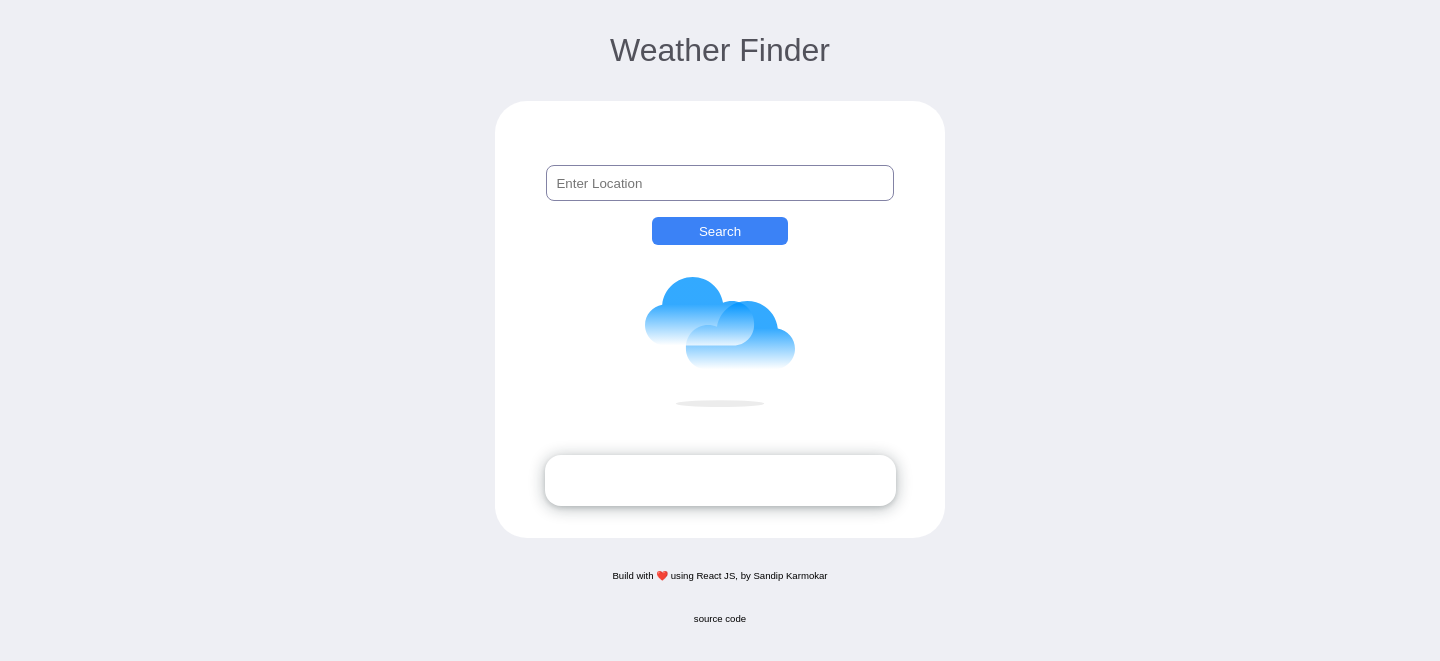
Repository: sandipkarmokar/weather-app
Page: /
An editor plug-in stored every save of this project. The page is shown before and after the next save, followed by the edit.
The browser window is 1440 px wide. The pictures show the whole page.
The project was rebuilt for these pictures with package versions that can differ from the ones it lists, and the page was loaded fresh each time.

Above is the page before, as saved 2022-04-12 18:14:53.

### src/App.js
import { useState, useEffect } from 'react';
import './App.css';
import WeatherForm from './components/WeatherForm';
import WeatherInfoShow from './components/WeatherInfoShow';

function App() {
    const [city, setCity] = useState('');
    const [gotData, setGotData] = useState(false);
    const [weatherData, setWeatherData] = useState([]);
    const [isDay, setIsDay] = useState(false);

    console.log(weatherData);
    const url = `https://api.openweathermap.org/data/2.5/weather?q=${city}&appid=390f3fd7515cacb5596ae4765de92a6d`;

    const fetchData = async (e) => {
        e.preventDefault();
        try {
            const response = await fetch(url);
            const data = await response.json();
            setWeatherData(data);
            setGotData(true);
            const isDay = weatherData?.weather[0].icon?.includes('d');
            setIsDay(isDay);
        } catch (error) {
            console.log(error);
            setGotData(false);
        }
    };

    return (
        <div className="app">
            <div className="heading">
                <p>Weather Finder</p>
            </div>
            <div className="app-container">
                <WeatherForm
                    city={city}
                    setCity={setCity}
                    fetchData={fetchData}
                ></WeatherForm>

                <WeatherInfoShow
                    gotData={gotData}
                    weatherData={weatherData}
                    isDay={isDay}
                ></WeatherInfoShow>
            </div>
            <footer>
                <p>Build with ❤️ using React JS, by Sandip Karmokar</p>
                <p>source code</p>
            </footer>
        </div>
    );
}

export default App;

### src/App.css
* {
    margin: 0;
    padding: 0;
    box-sizing: border-box;
    font-family: Arial, Helvetica, sans-serif;
}

.app {
    background-color: #eeeff4;
    height: 100vh;
}

.app .heading p {
    color: #52525b;
    padding-top: 2rem;
    font-size: 2rem;
    text-align: center;
}

.app .app-container {
    width: 90%;
    margin: 2rem auto;
    background: #ffffff;
    border-radius: 2rem;
    padding: 1rem 0;
}

.app .app-container .weather-form {
    width: 86%;
    margin: 0 auto;
    display: flex;
    flex-direction: column;
}

.app .app-container .weather-form input {
    padding: 0.6rem;
    margin: 1rem auto;
    border: 0.5px solid #8383a5;
    border-radius: 8px;
    width: 90%;
    margin-top: 3rem;
}
.app .app-container .weather-form button {
    width: 35%;
    margin: 0 auto;
    padding: 0.4rem;
    background-color: #3b82f6;
    color: #ffffff;
    border: none;
    border-radius: 6px;
    cursor: pointer;
}
.app .app-container .weather-form img {
    width: 150px;

    margin: 2rem auto;
}

.app .app-container .weather-info-show {
    background-color: #ffffff;
    width: 78%;
    box-shadow: rgba(14, 30, 37, 0.12) 0px 2px 4px 0px,
        rgba(14, 30, 37, 0.32) 0px 2px 16px 0px;
    margin: 1rem auto;
    border-radius: 1rem;
    padding: 1.6rem;
}
.app .app-container .weather-info-show .main-info {
    display: flex;
    justify-content: space-between;
}

.app .app-container .weather-info-show .main-info img {
    width: 50px;
    height: 50px;
}
.app .app-container .weather-info-show .main-info .info .location {
    font-size: 1.4rem;
    color: #52525b;
}
.app .app-container .weather-info-show .main-info .info .data {
    font-size: 0.9rem;
    color: #71717a;
}
.app .app-container .weather-info-show .main-info .info .data .large {
    font-size: 1.4rem;
    color: #52525b;
}

.app .app-container .weather-info-show hr {
    width: 50%;
    margin: 1.6rem auto;
}

.app .app-container .weather-info-show .other-info {
    display: flex;
    flex-direction: column;
}
.app .app-container .weather-info-show .other-info p {
    color: #3f3f46;
}

.app .app-container .weather-info-show .other-info .other-info-data {
    display: grid;

    grid-template-columns: 1fr 1fr;
    grid-template-rows: 1fr 1fr;
    gap: 1rem;
    margin-top: 1rem;
}

.app .app-container .weather-info-show .other-info .other-info-data .item {
    display: flex;
}

.app .app-container .weather-info-show .other-info .other-info-data .item img {
    height: 32px;
    width: 32px;
    margin: 0 0.6rem;
}

.app
    .app-container
    .weather-info-show
    .other-info
    .other-info-data
    .item
    .sub-info {
    display: flex;
    flex-direction: column;
}

.app
    .app-container
    .weather-info-show
    .other-info
    .other-info-data
    .item
    .sub-info
    .data {
    color: #3f3f46;
}
.app
    .app-container
    .weather-info-show
    .other-info
    .other-info-data
    .item
    .sub-info
    .sub-info-title {
    color: #3f3f46;
    font-size: 0.8rem;
}

.app footer p {
    text-align: center;
    font-size: 0.6rem;
}

@media only screen and (min-width: 500px) {
    .app {
        background-color: #eeeff4;
        height: 100%;
    }

    .app .app-container {
        width: 400px;
        margin: 2rem auto;
        background: #ffffff;
        border-radius: 2rem;
        padding: 1rem 0;
    }
    .app footer p {
        text-align: center;
        margin: 0 auto;
        width: 450px;
        font-size: 0.6rem;
        background: #eeeff4;
    }
}
@media only screen and (min-width: 1300px) {
    .app {
        background-color: #eeeff4;
        height: 100vh;
    }

    .app .app-container {
        width: 450px;
        margin: 2rem auto;
        background: #ffffff;
        border-radius: 2rem;
        padding: 1rem 0;
    }
    .app footer p {
        text-align: center;
        margin: 2rem auto;
        width: 450px;
        font-size: 0.6rem;
        background: #eeeff4;
    }
}

### src/components/WeatherForm.js
import React from 'react';
import mainImage from '../icons/perfect-day.svg';

const WeatherForm = ({ city, setCity, fetchData }) => {
    return (
        <div className="weather-form">
            <input
                type="text"
                placeholder="Enter Location"
                value={city}
                onChange={(e) => setCity(e.target.value)}
            />
            <button onClick={fetchData}>Search</button>
            <img src={mainImage} alt="" />
        </div>
    );
};

export default WeatherForm;

### src/components/WeatherInfoShow.js
import React from 'react';
import imagex from '../icons/cloudy.svg';

import sunset from '../icons/temp.svg';
import sunrise from '../icons/temp.svg';
import humidity from '../icons/humidity.svg';
import wind from '../icons/wind.svg';
import pressure from '../icons/pressure.svg';

const WeatherInfoShow = ({ weatherData, gotData, isDay }) => {
    console.log(weatherData);
    const getTime = (timeStamp) => {
        return `${new Date(timeStamp * 1000).getHours()}:${new Date(
            timeStamp * 1000
        ).getMinutes()}`;
    };
    return (
        <div className="weather-info-show">
            {gotData ? (
                <>
                    <div className="main-info">
                        <div className="info">
                            <div className="location">
                                {weatherData?.name} {weatherData?.sys.country}
                            </div>
                            <div className="data">
                                <span className="large">{`${Math.floor(
                                    weatherData?.main?.temp - 273
                                )}°C`}</span>{' '}
                                | {weatherData?.weather[0].description}
                            </div>
                        </div>
                        <img src={imagex} alt="" />
                    </div>
                    <hr className="line" />
                    <div className="other-info">
                        <p>Other Info</p>
                        <div className="other-info-data">
                            <div className="item">
                                <img src={isDay ? sunset : sunrise} alt="" />
                                <div className="sub-info">
                                    <p className="data">{`${getTime(
                                        weatherData?.sys[
                                            isDay ? 'sunset' : 'sunrise'
                                        ]
                                    )}`}</p>
                                    <p className="sub-info-title">
                                        {isDay ? 'sunset' : 'sunrise'}
                                    </p>
                                </div>
                            </div>
                            <div className="item">
                                <img src={humidity} alt="" />
                                <div className="sub-info">
                                    <p className="data">
                                        {weatherData?.main.humidity}
                                    </p>
                                    <p className="sub-info-title">humidity</p>
                                </div>
                            </div>
                            <div className="item">
                                <img src={wind} alt="" />
                                <div className="sub-info">
                                    <p className="data">
                                        {weatherData?.wind?.speed}
                                    </p>
                                    <p className="sub-info-title">wind</p>
                                </div>
                            </div>
                            <div className="item">
                                <img src={pressure} alt="" />
                                <div className="sub-info">
                                    <p className="data">
                                        {weatherData?.main.pressure}
                                    </p>
                                    <p className="sub-info-title">pressure</p>
                                </div>
                            </div>
                        </div>
                    </div>
                </>
            ) : (
                ''
            )}
        </div>
    );
};

export default WeatherInfoShow;

Loaded but not shown: public/index.html (common file); src/index.js (common file); src/index.css (common file); src/reportWebVitals.js (common file)

After the next save:
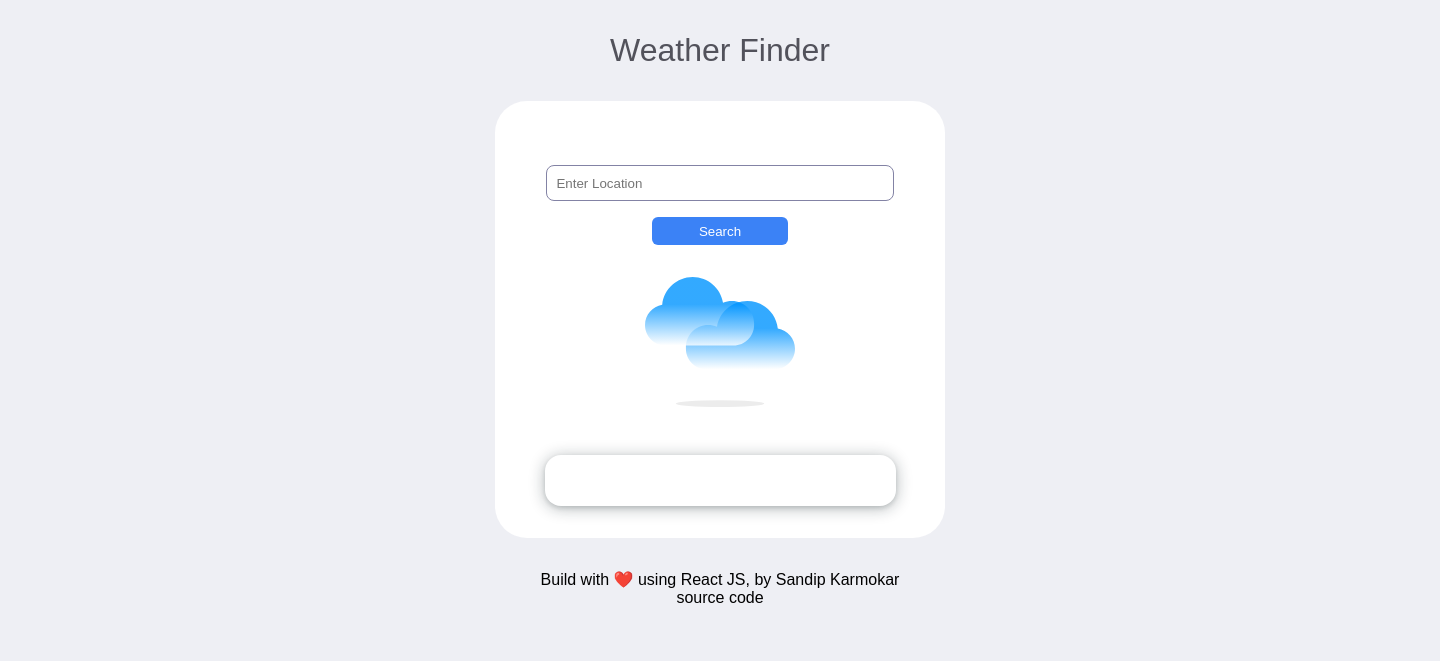
Saved 14 s later.
--- a/src/App.css
+++ b/src/App.css
@@ -174,7 +174,7 @@
         text-align: center;
         margin: 0 auto;
         width: 450px;
-        font-size: 0.6rem;
+        font-size: 1rem;
         background: #eeeff4;
     }
 }
@@ -193,9 +193,9 @@
     }
     .app footer p {
         text-align: center;
-        margin: 2rem auto;
+        margin: rem auto;
         width: 450px;
-        font-size: 0.6rem;
+        font-size: 1rem;
         background: #eeeff4;
     }
 }
